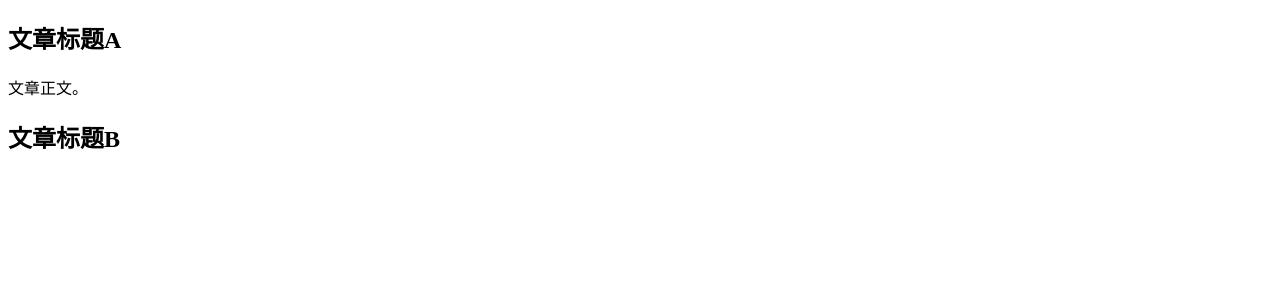
Repository: zdsherlock/HtmlCssLearn
Page: CSS/test-attSelect/index4.html
These files come from the project's save history. The page is drawn as it stood at one moment and after the next save; the edit follows.
The browser window is 1280 px wide. The pictures show the whole page.

Above is the page before, as saved 2021-05-07 20:14:44.

### CSS/test-attSelect/index4.html
<!DOCTYPE html>
<html lang="en">
<head>
    <meta charset="UTF-8">
    <meta http-equiv="X-UA-Compatible" content="IE=edge">
    <meta name="viewport" content="width=device-width, initial-scale=1.0">
    <title>Document</title>
</head>
<body>
    <h2>文章标题A</h2>
    <p>文章正文。</p>
    <h2>文章标题B</h2>
</body>
</html>

After the next save:
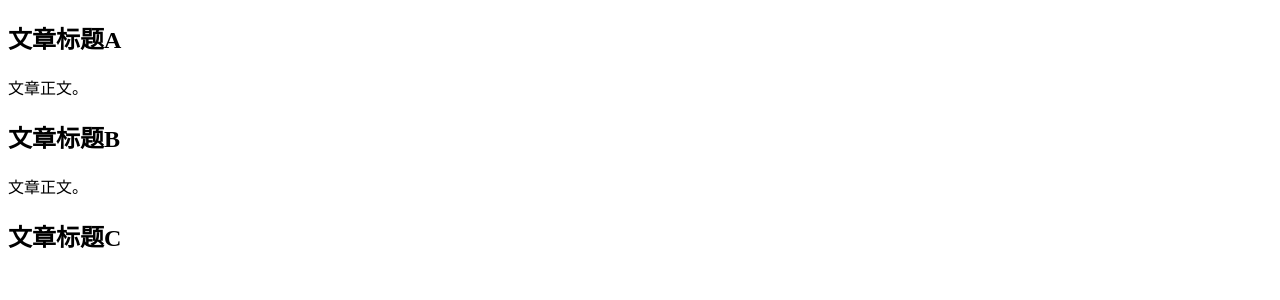
Saved 26 s later.
--- a/CSS/test-attSelect/index4.html
+++ b/CSS/test-attSelect/index4.html
@@ -10,5 +10,7 @@
     <h2>文章标题A</h2>
     <p>文章正文。</p>
     <h2>文章标题B</h2>
+    <p>文章正文。</p>
+    <h2>文章标题C</h2>
 </body>
 </html>
